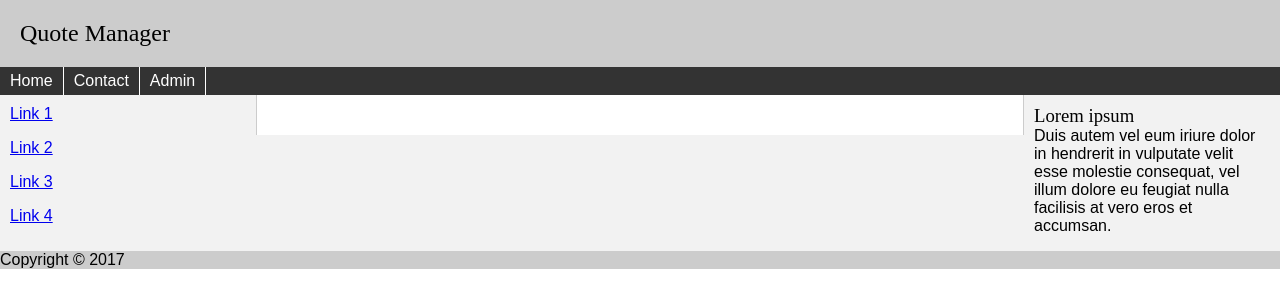
Repository: GrandTattoo/Structura_proiect
Page: final/workspace/public/index.html
The author's editor kept a record of every edit. The page is drawn from the files as they stood at one moment, then again after the next edit.
The browser window is 1280 px wide. The pictures show the whole page.
The page's requests for data from a server got no answer. Some web fonts or font styles are not loaded; a fallback is used.

Above is the page before.

### final/workspace/public/index.html
<!doctype html>
<html>
<head>
    <title>Quote Manager</title>
    <link rel="stylesheet" href="fonts/fonts.css">
    <link rel="stylesheet" href="css/style.css">
    <script src="js/jquery-1.11.1.min.js"></script>
    <script src="js/script.js"></script>
</head>
<body>
<div id="container">
	<header>
        <section id="logo">
            <h1>
                Quote Manager
            </h1>
        </section>
        <section id="navigation">
            <ul>
                <li><a href="/">Home</a></li>
                <li><a href="contact.html">Contact</a></li>
                <li><a href="/admin/">Admin</a></li>
            </ul>
        </section>
	</header>
    <main>
        <section>
            <section class="sidebar left">
                <ul id="categories">
                    <li><a href="#">Link 1</a></li>
                    <li><a href="#">Link 2</a></li>
                    <li><a href="#">Link 3</a></li>
                    <li><a href="#">Link 4</a></li>
                </ul>
            </section>
            <section id="content">

            </section>
            <section class="sidebar right">
                <h3>
                    Lorem ipsum
                </h3>
                <p>
                    Duis autem vel eum iriure dolor in hendrerit in vulputate velit esse molestie consequat, vel illum dolore eu feugiat nulla facilisis at vero eros et accumsan.
                </p>
            </section>
        </section>
    </main>
    <footer>
            Copyright &copy; 2017
    </footer>
</div>
</body>
</html>

### final/workspace/public/css/style.css
*:not(input):not(textarea) {
    margin: 0;
    padding: 0;
    border: none;
}
body {
    font-family: 'robotoregular', Arial, Verdana, sans-serif;
}
h1,h2,h3,h4,h5,h6,strong,b {
    font-family: 'robotobold';
    font-weight: normal;
}
em,i {
    font-family: 'robotoitalic';
    font-style: normal;
}
#container {
    margin: 0 auto;
    width: 100%;
    background: #fff;
}
header {
    background: #ccc;
}
header h1 {
    margin: 0;
}
#logo {
    padding: 20px;
}
#navigation {
    float: left;
    width: 100%;
    background: #333;
}
#navigation ul {
    margin: 0;
    padding: 0;
}
#navigation ul li {
    list-style-type: none;
    display: inline;
}
#navigation li a {
    display: block;
    float: left;
    padding: 5px 10px;
    color: #fff;
    text-decoration: none;
    border-right: 1px solid #fff;
}
#navigation li a:hover {
    background: #c00;
}
main {
    float: left;
    width: 100%;
}
main > section {
    float: left;
    width: 100%;
    background: #f2f2f2;
}
main > section > .sidebar {
    display: inline;
    width: 20%;
    box-sizing: border-box;
    -moz-box-sizing: border-box;
    padding: 10px;
}
main > section > .sidebar.left {
    float: left;
}
main > section > .sidebar.left ul {
    margin: 0;
    padding: 0;
}
main > section > .sidebar.left ul li {
    margin: 0 0 1em;
    padding: 0;
    list-style-type: none;
}
#content {
    float: left;
    width: 60%;
    padding: 20px 10px;
    box-sizing: border-box;
    -moz-box-sizing: border-box;
    background: #fff;
    border-width: 0 1px 0 1px;
    border-color: #ccc;
    border-style: solid;
}
#content h2 {
    margin: 0;
}
main > section > .sidebar.right {
    float: right;
}
main > section > .sidebar.right h3 {
    margin: 0;
}
footer {
    clear: both;
    background: #ccc;
    text-align: left;
    padding: 20px;
    height: 1%;
}

### final/workspace/public/js/script.js
$(document).ready(function(){
    showCategories()
    showProducts()
})

function showCategories() {
    $.get('/utilizatoris', function(){
        $.get( "/utilizatoris", function( data ) {
            var html = ''
            data.forEach(function(category) {
                html = html + '<li><a href="#" onClick="showProducts('+category.id+')">'+category.name+'</a></li>'
            })
            $('#categories').html(html)
        });
    })
}

//todo: implement showProducts method
function showProducts(categoryId) {
    if(categoryId) {
        var url = '/utilizatoris/'+ categoryId +'/citates';
    } else {
        var url = '/citates'
    }
    $.get(url, function(data) {
        var html = '';
        data.forEach(
            function(product) {
                html = html + '<div class="product">'
                  +  '<h2>'+product.name+'</h2>'
                  +  '<p>'+product.description+'</p>'
                //   +  '<p>Pret: '+product.pret+'</p>'
                + '</div>';
            }
        )
        $('#content').html(html);
    })
}

Loaded but not shown: final/workspace/public/js/jquery-1.11.1.min.js (library)

After the next edit:
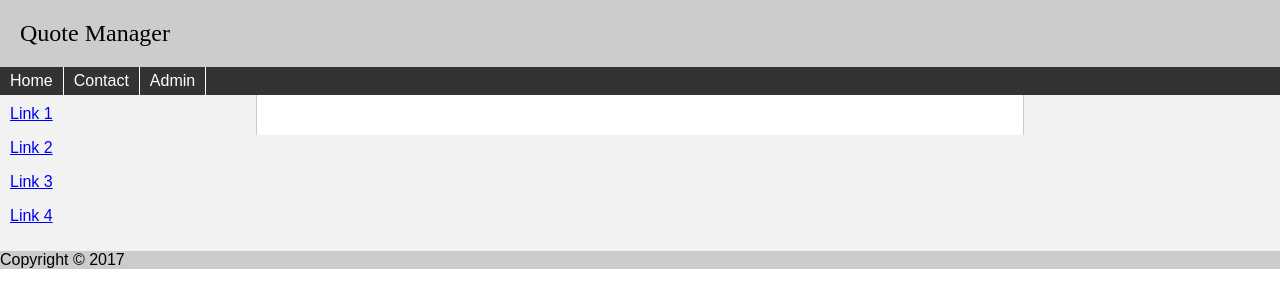
The edit:
--- a/final/workspace/public/index.html
+++ b/final/workspace/public/index.html
@@ -37,12 +37,7 @@
 
             </section>
             <section class="sidebar right">
-                <h3>
-                    Lorem ipsum
-                </h3>
-                <p>
-                    Duis autem vel eum iriure dolor in hendrerit in vulputate velit esse molestie consequat, vel illum dolore eu feugiat nulla facilisis at vero eros et accumsan.
-                </p>
+
             </section>
         </section>
     </main>
